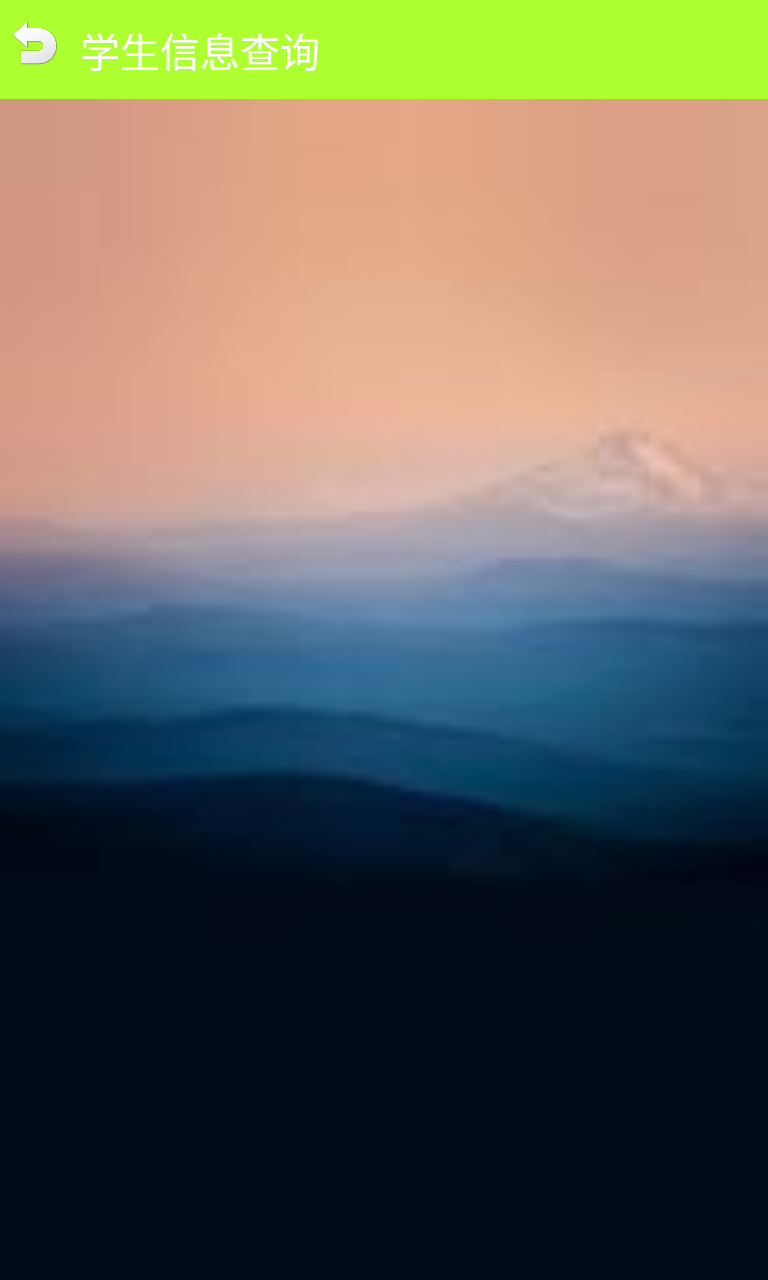
Repository: mrhanliang/Android_4.2
Layout: ListViewText/res/layout/activity_main.xml
The author's editor kept a copy of each file at every save. The layout is drawn from the files as they stood at one save, then again after the next save.
It is drawn on a 768 x 1280 px phone screen (xhdpi) without system bars, with theme AppTheme; the app's code is not run. Lists and similar views that code fills are empty.

Above is the layout before, as saved 2015-12-11 14:42:21.

After the next save:
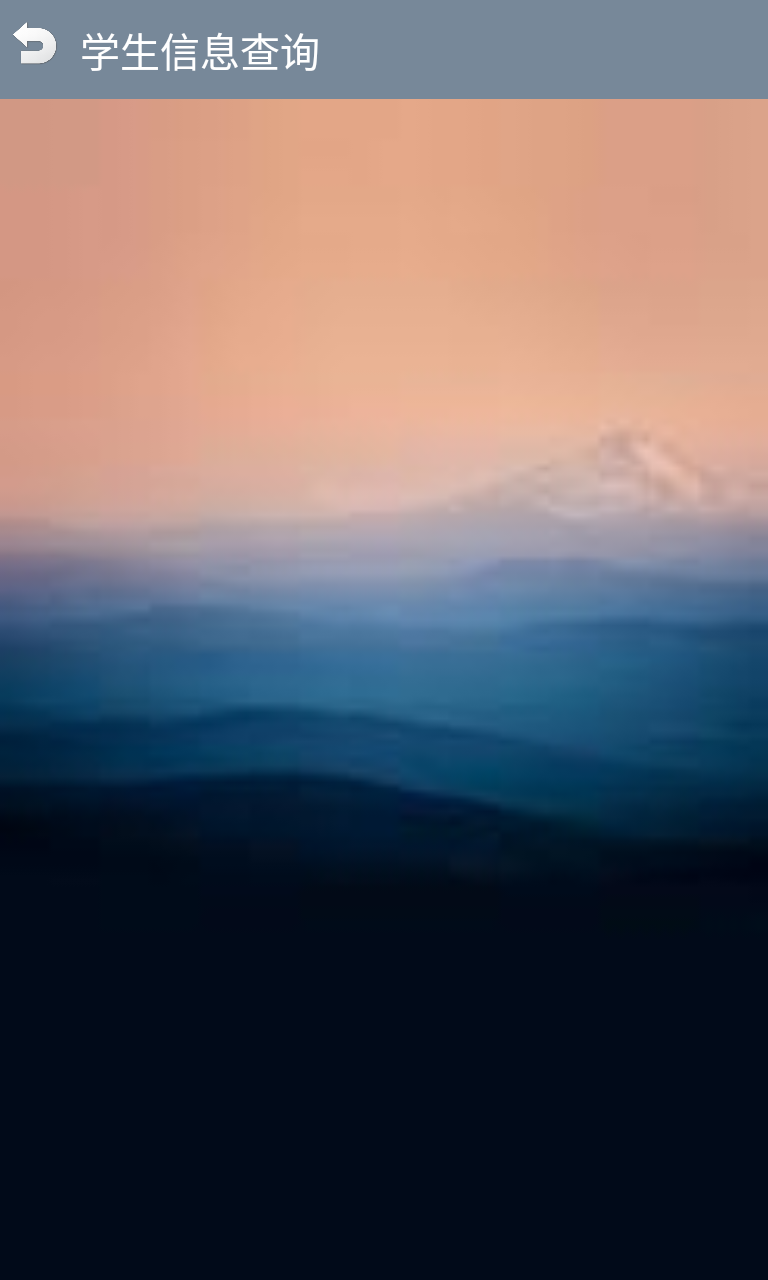
Saved 22 s later.
--- a/ListViewText/res/layout/activity_main.xml
+++ b/ListViewText/res/layout/activity_main.xml
@@ -9,7 +9,7 @@
         android:layout_width="match_parent"
         android:layout_height="wrap_content"
         android:orientation="horizontal"
-        android:background="#ADFF2F" >
+        android:background="#778899" >
 
         <ImageView
             android:id="@+id/imageView1"
